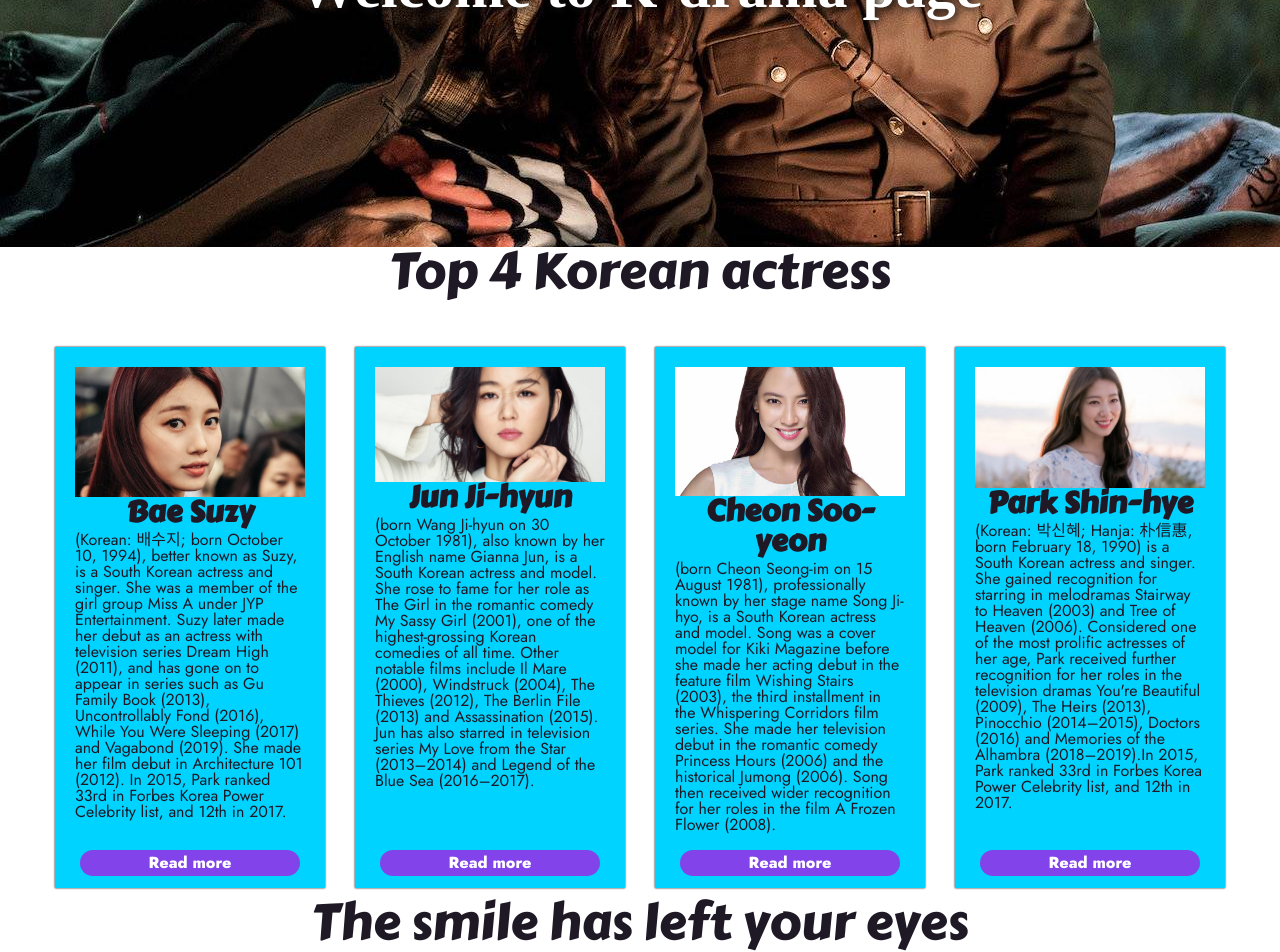
Repository: michalskirobert/K-drama-website
Page: index.html
An editor plug-in stored every save of this project. The page is shown before and after the next save, followed by the edit.
The browser window is 1280 px wide. The pictures show the part of the page from y = 309 to 1261 px (the page is 2647 px tall before and 2767 px after).
A picture or video elsewhere on the page could not be fetched, so the positions and the page height are approximate. Some web fonts or font styles are not loaded; a fallback is used.

Above is the page before, as saved 2020-10-26 21:27:56.

After the next save:
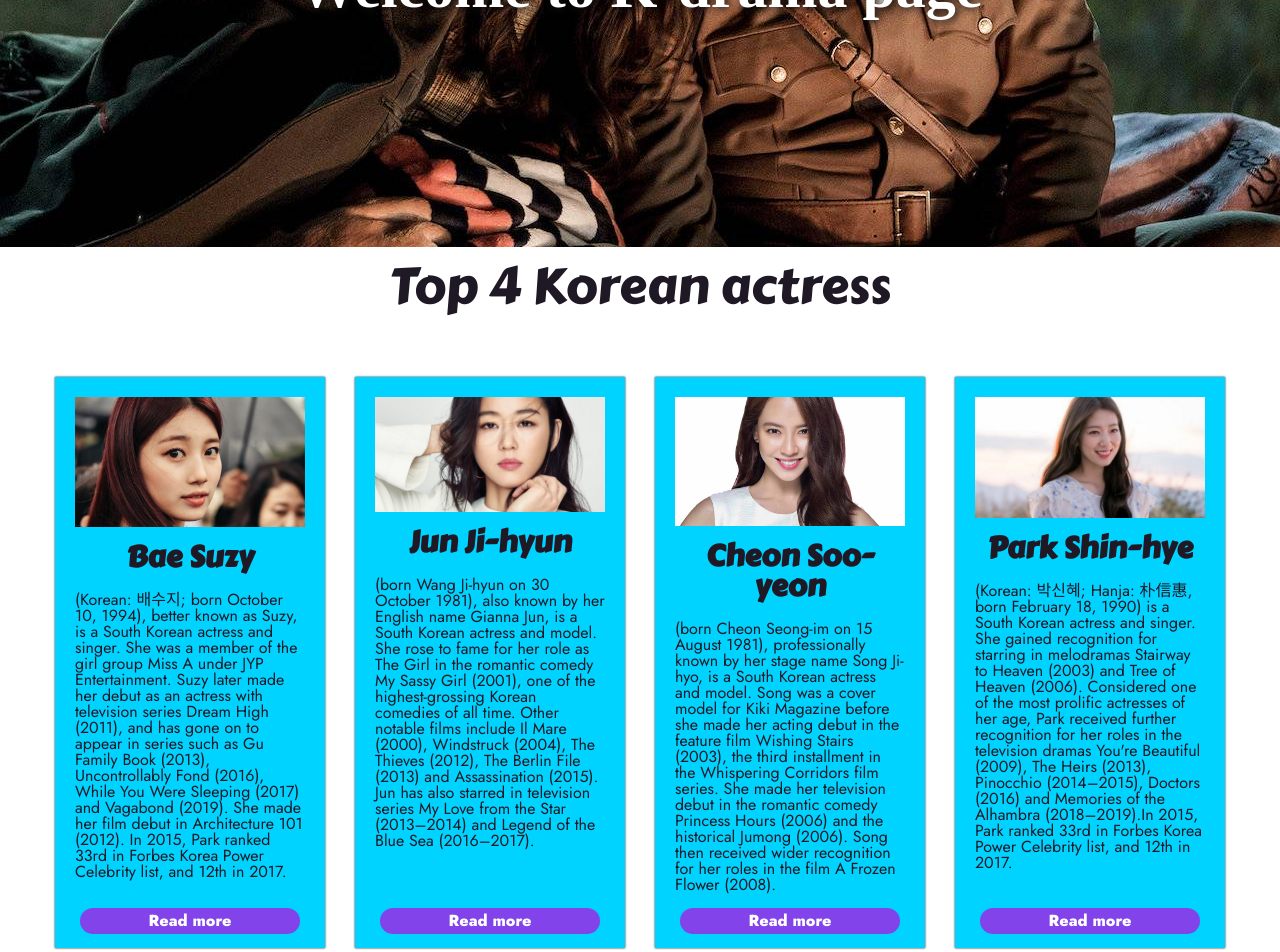
Saved 3 min 19 s later.
--- a/css/style.css
+++ b/css/style.css
@@ -108,6 +108,10 @@
 
 h1, h2, h3, h4, h5, h6 {
   font-family: var(--ff-secondary);
+  padding: 15px 0;
+}
+
+h1, h2 {
   text-align: center;
   margin: 0 auto;
 }
